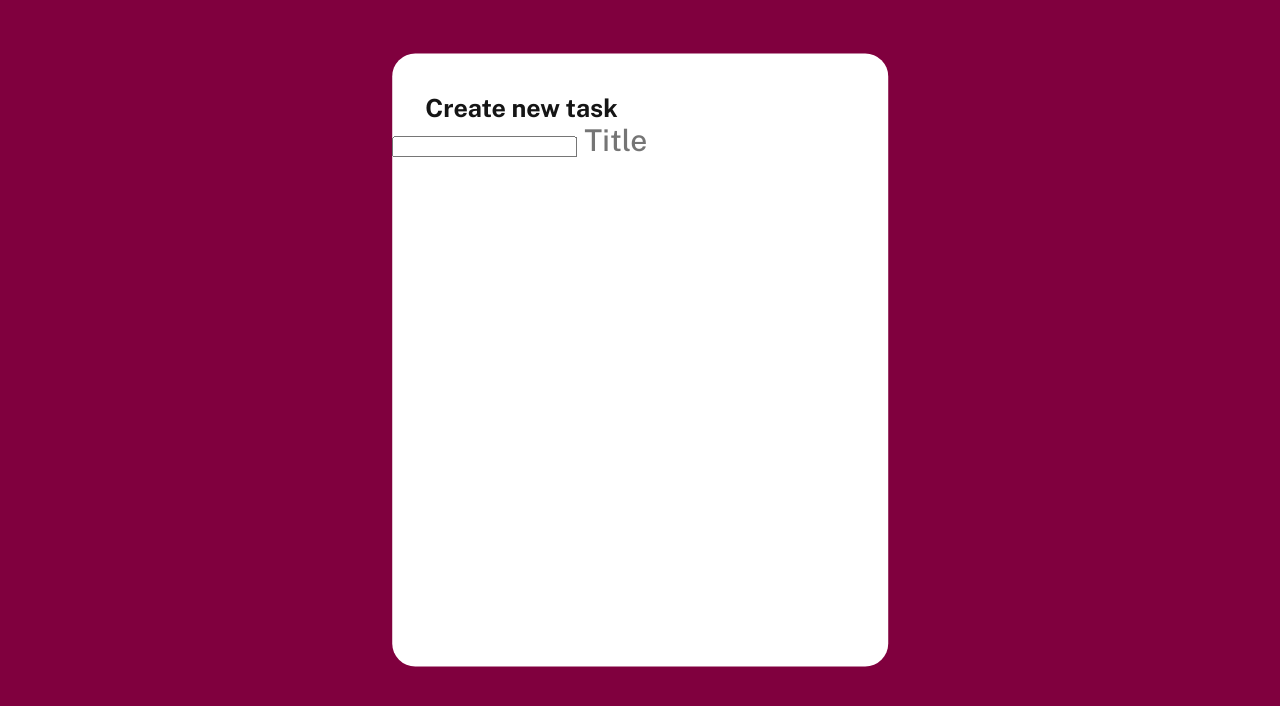
Repository: MorgunovaAlexandra/verstka-form
Page: index.html
The author's editor kept a copy of each file at every save. The page is drawn from the files as they stood at one save, then again after a run of saves.
The browser window is 1280 px wide. The pictures show the whole page.
The style sheet was rebuilt from its Sass, Less or Tailwind sources for each picture, by a compiler version that may differ from the author's.

Above is the page before, as saved 2022-06-24 12:19:18.

After the next 13 saves:
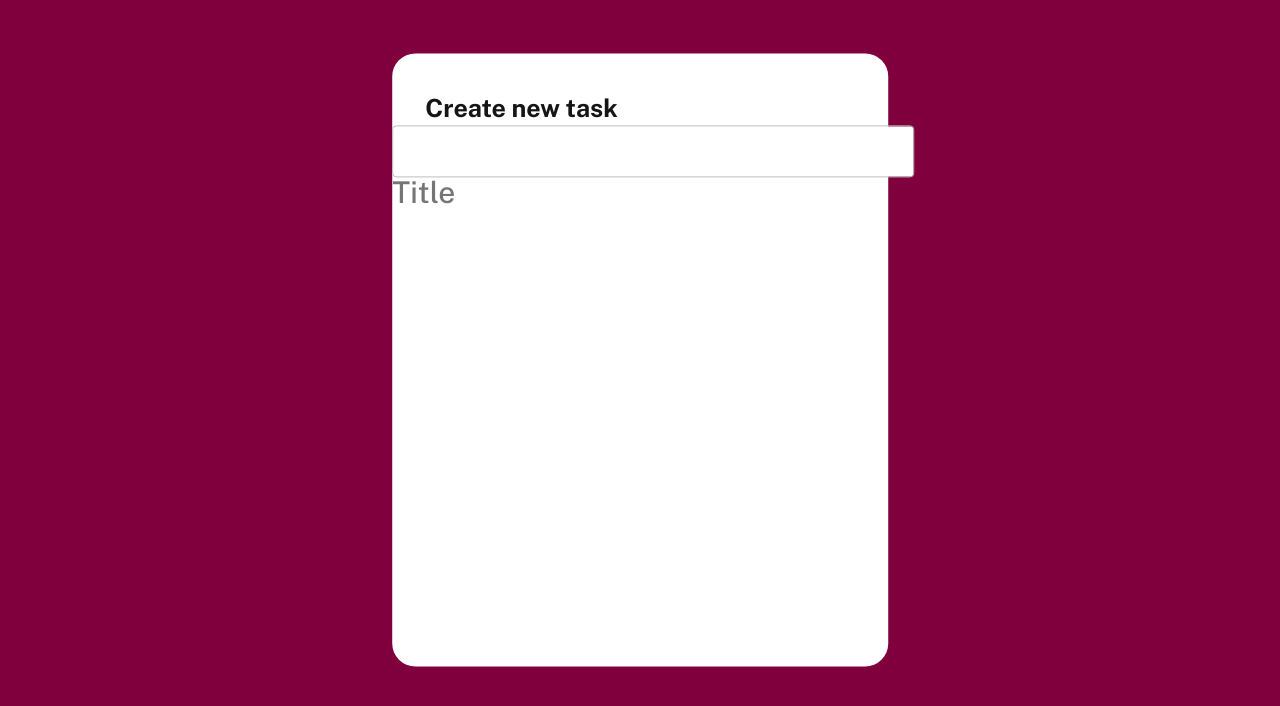
The 13 saves are shown as one change because 5 did not build or start and some came seconds apart.
The last was saved 5 min 51 s later.
--- a/scss/style.scss
+++ b/scss/style.scss
@@ -26,3 +26,23 @@ legend{
     font-size: 25px;
     color:$ColorBlack;
 }
+
+.text-field__input{
+    display: block;
+      width: 100%;
+      height: calc(2.25rem + 2px);
+      padding: 0.375rem 0.75rem;
+      font-family: inherit;
+      font-size: 1rem;
+      font-weight: 400;
+      line-height: 1.5;
+      color: #212529;
+      background-color: #fff;
+      background-clip: padding-box;
+      border: 1px solid #bdbdbd;
+      border-radius: 0.25rem;
+      transition: border-color 0.15s ease-in-out, box-shadow 0.15s ease-in-out;
+    }
+.text-field__label{
+    display: block;
+}
